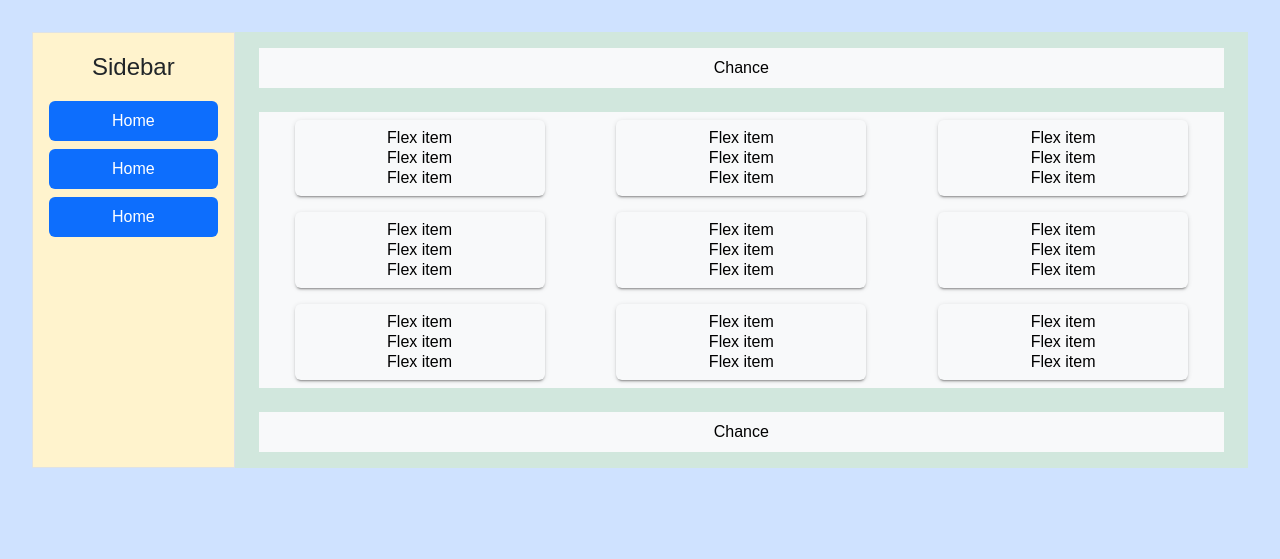
Repository: chancellor-w-whitaker/bec-tab
Page: /
The author's editor kept a copy of each file at every save. The page is drawn from the files as they stood at one save, then again after the next save.
The browser window is 1280 px wide. The pictures show the whole page.
Some web fonts or font styles are not loaded; a fallback is used. The project was rebuilt for these pictures with package versions that can differ from the ones it lists, and the page was loaded fresh each time. Also part of the build but not shown: vite.config.js.

Above is the page before, as saved 2024-01-07 01:50:46.

After the next save:
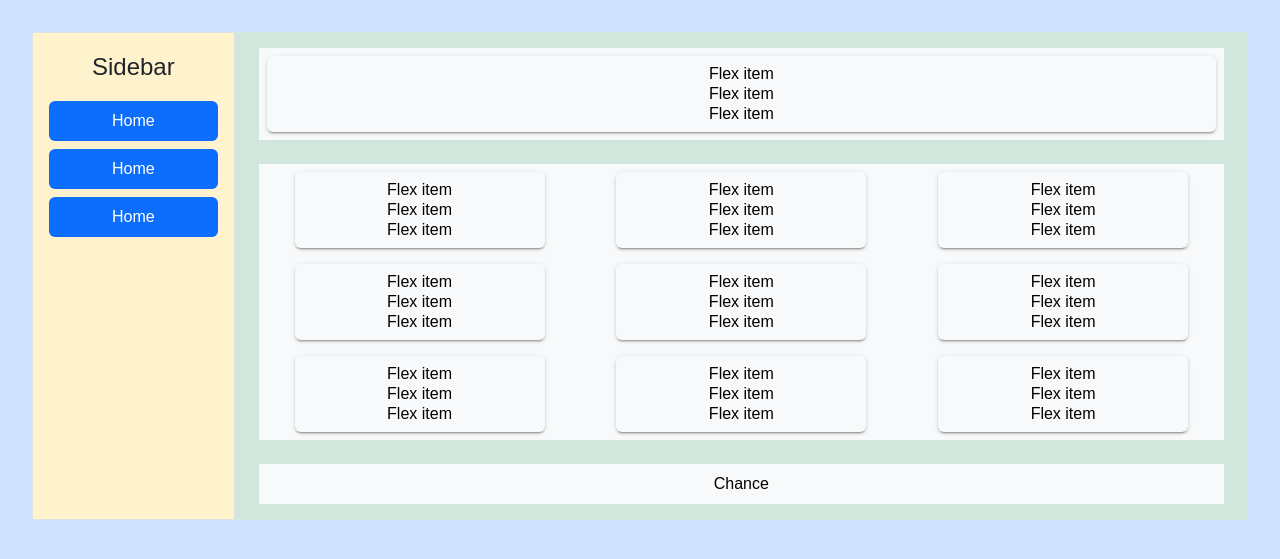
Saved 17 s later.
--- a/src/App.jsx
+++ b/src/App.jsx
@@ -83,7 +83,9 @@ const App = () => {
         </div>
         <div className="col-md-9 ms-sm-auto col-lg-10 px-md-4 py-3 bg-success-subtle">
           <div className="d-flex flex-column gap-4">
-            <div className="text-bg-light p-2">Chance</div>
+            <div className="text-bg-light p-2">
+              <Card width="100%"></Card>
+            </div>
             <div className="text-bg-light p-2">
               <div className="d-flex flex-row flex-wrap justify-content-around gap-3">
                 <Card></Card>
